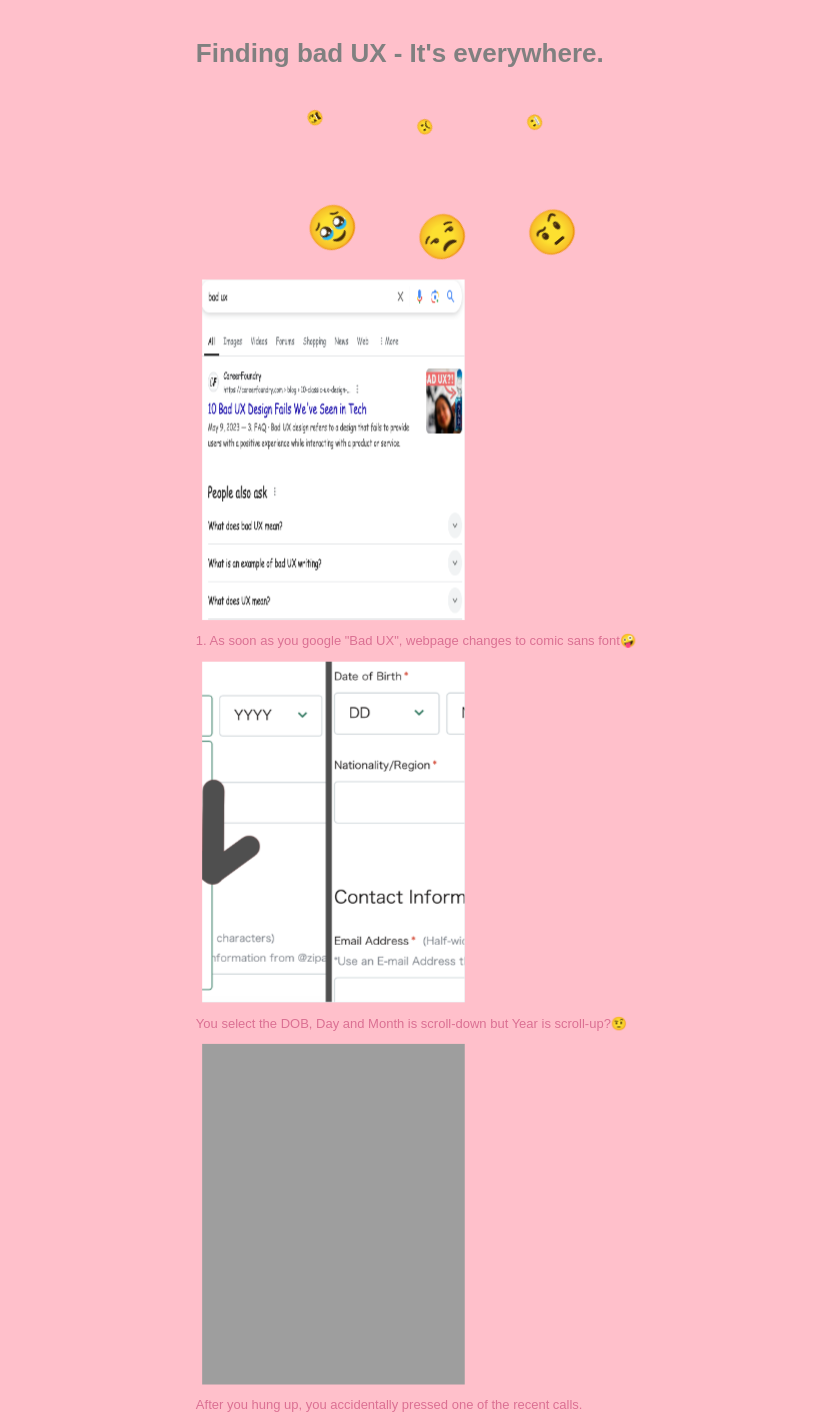
Repository: j1s00jang/MDIA-2109
Page: badUX.html
The author's editor kept a copy of each file at every save. The page is drawn from the files as they stood at one save, then again after the next save.
The browser window is 1280 px wide. The pictures show the whole page, at 65% of full size.
Pictures or frames that could not be fetched are drawn as grey boxes. Some web libraries are served in a nearby version.

Above is the page before, as saved 2025-03-02 12:53:30.

### badUX.html
<html>
    <head>
        <!-- Metadata belongs in the head of your document -->
         <title>Jisoo's finding bad ux</title>
         <meta charset="UTF-8" />
         <link rel="stylesheet" href="css/badUXstyles.css">
    </head>
    <body>
        <main>
            <h1 class="title">Finding bad UX - It's everywhere.</h1>

        <div class="js">
            <span class="js__spinner spin">😫</span>
            <span class="js__spinner moreSpin">☹️</span>
            <span class="js__spinner mostSpin">😬</span>
        </div>

        <div class="gsap">
            <span class="gsap__spinner spin">🥹</span>
            <span class="gsap__spinner moreSpin">😒</span>
            <span class="gsap__spinner mostSpin">🤨</span>

        </div>
            <div class="first">
                <img src="css/first.png" alt="google ux" class="first_photo">
            </div>
            <p>1. As soon as you google "Bad UX", webpage changes to comic sans font🤪</p>

            <div class="second">
                <img src="css/second.png" alt="confirm button in red" class="second_photo">
            </div>
            <p>You select the DOB, Day and Month is scroll-down but Year is scroll-up?🤨</p>

            <div class="third">
                <img src="css/third.jpeg" alt="iphone's recents calling list" class="third_photo">
            </div>
            <p>After you hung up, you accidentally pressed one of the recent calls.</p>

            <script src="https://cdn.jsdelivr.net/npm/gsap@3.12.7/dist/gsap.min.js"></script>
            <script src="script.js"></script>


        </main>
    </body>
</html>

### css/badUXstyles.css
html {
    font-family: "Futura", sans-serif;
    font-size: 1.25em;
    background-color: pink;
    padding: 1.25em;
    color: palevioletred;
}

body {
    display: flex;
    justify-content: center;
    height: 100vh;
}

.title {
    font-size: 2em;
    color: grey;
}


.first,
.second,
.third {
    position: relative;
    width: 30vw;
    height: 70vh;
    overflow: hidden;
}

.first {
    background-color: whitesmoke;
    padding: 10px;
    margin: 10px;
    font-size: 1.5em;
}

.first_photo {
    position: absolute;
    top: 0;
    left: 0;
    width: 100%;
    height: 100%;
    object-fit: fill;
    opacity: 1;
}

.second {
    background-color: lightcyan;
    padding: 10px;
    margin: 10px;
    color: teal;
    font-size: 1.5em;
}

.second_photo {
    position: absolute;
    top: 0;
    left: 0;
    width: 100%;
    height: 100%;
    object-fit: cover;
    opacity: 1;
}

.third {
    background-color: lightyellow;
    padding: 10px;
    margin: 10px;
    color: darkgoldenrod;
    font-size: 1.5em;
}

.third_photo {
    position: absolute;
    top: 0;
    left: 0;
    width: 100%;
    height: 100%;
    object-fit: cover;
    opacity: 1;
}

.gsap {
    position: relative;
    height: 30vh;
    font-size: 65px;
}


.js,
.gsap {
    position: relative;
    height: 20vh;
    font-size: 65px;
}


.js__spinner,
.gsap__spinner {
    position: absolute;
}




.spin { left: 25%; top: 25%; }
.moreSpin { left: 50%; top: 35%; }
.mostSpin { left: 75%; top: 30%; }



@keyframes makeItSpin {
    0% {
        transform: rotate(0);
    }
    50% {
        font-size: 100px;
    }
    100% {
        transform: rotate(360deg);
    }
}

### script.js
const $spin = document.querySelector(".js__spinner.spin");
const $moreSpin = document.querySelector(".js__spinner.moreSpin");
const $mostSpin = document.querySelector(".js__spinner.mostSpin");




const keyframes = [
    { transform: "rotate(0)" },
    {
        transform: "rotate(360deg)",
        fontSize: "0"
     }
];



const options = {
    duration: 3000,
    iterations: Infinity,

}


$spin.animate(keyframes, options);
$moreSpin.animate(keyframes, options);
$mostSpin.animate(keyframes, options);


const gsapOption = {
    rotation: 360,
    repeat: -1,
    duration: 3
}

gsap.to(".gsap__spinner", gsapOption);

After the next save:
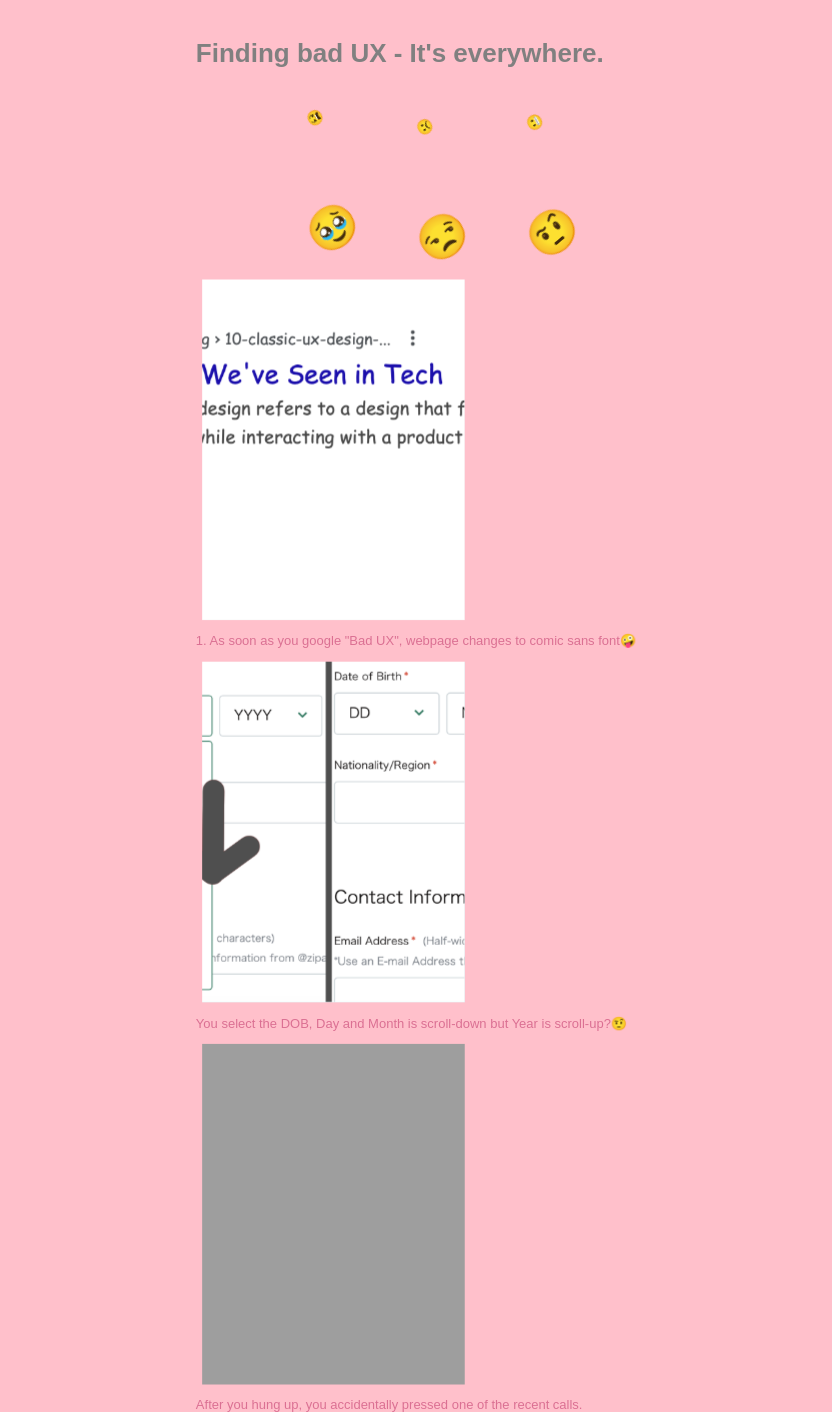
Saved 11 s later.
--- a/css/badUXstyles.css
+++ b/css/badUXstyles.css
@@ -40,7 +40,7 @@
     left: 0;
     width: 100%;
     height: 100%;
-    object-fit: fill;
+    object-fit:none;
     opacity: 1;
 }
 

After the save that followed:
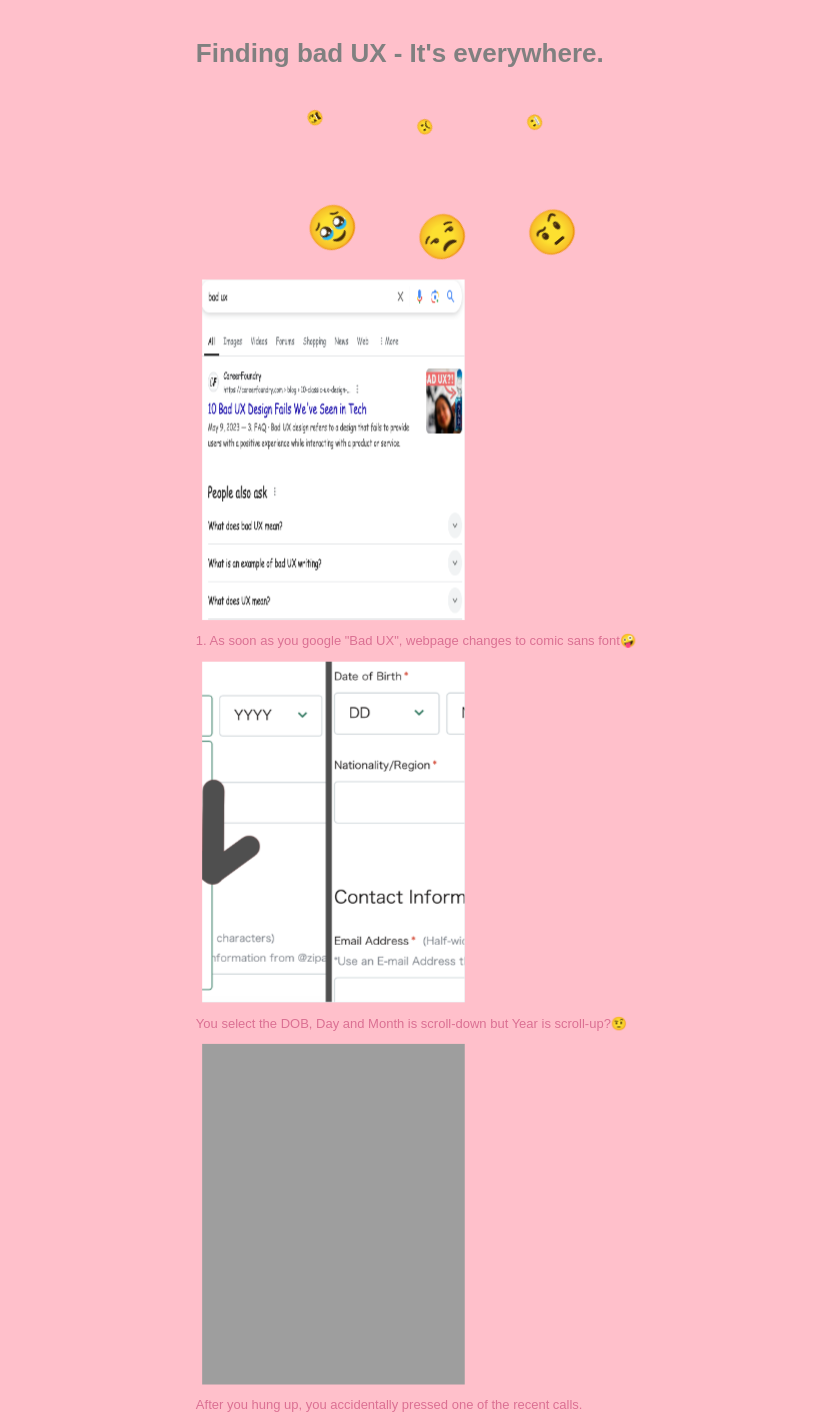
Saved 12 s later.
--- a/css/badUXstyles.css
+++ b/css/badUXstyles.css
@@ -40,7 +40,7 @@
     left: 0;
     width: 100%;
     height: 100%;
-    object-fit:none;
+    object-fit:inherit;
     opacity: 1;
 }
 
